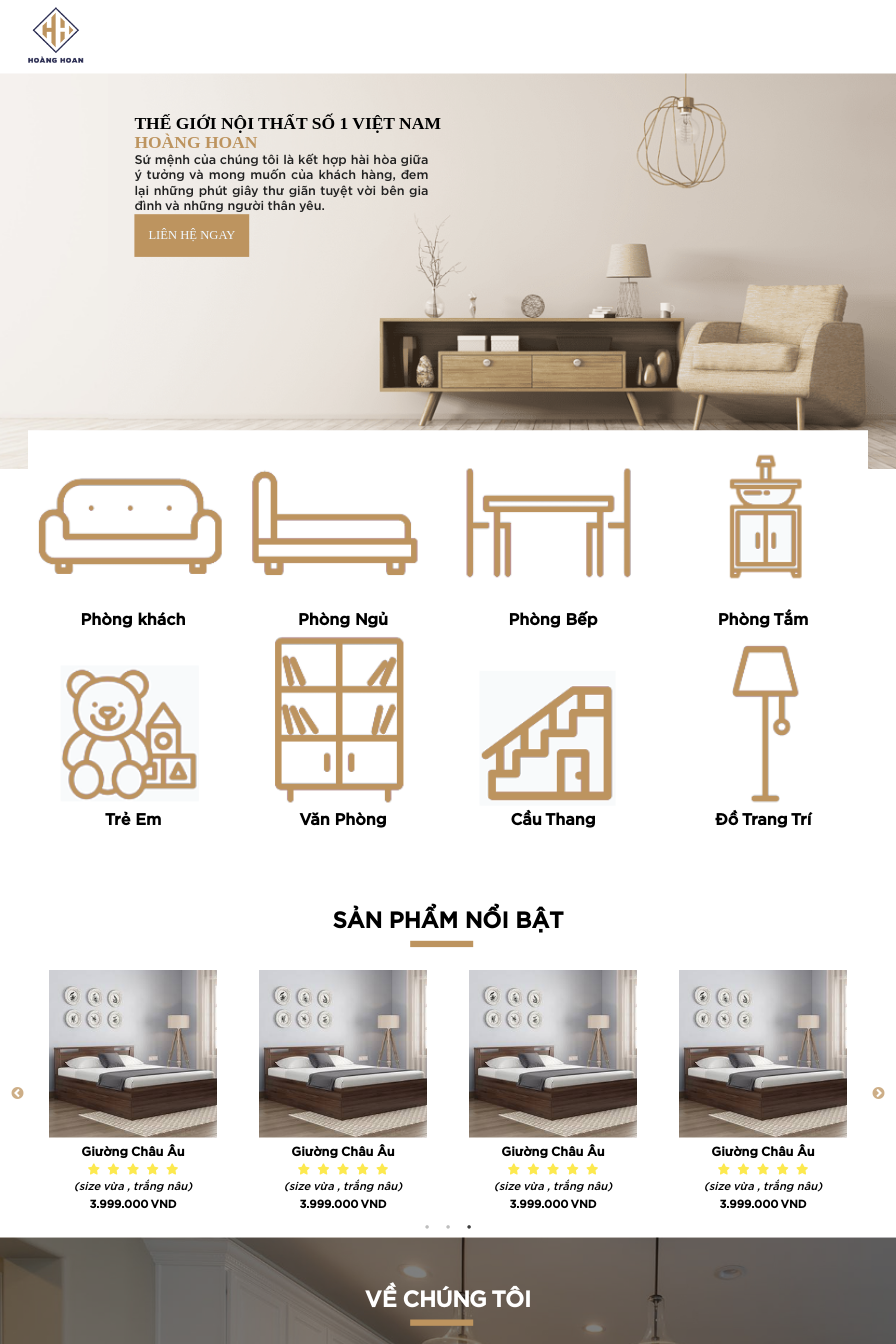
Repository: LDDUNG2003/prj_2
Page: /
The author's editor kept a copy of each file at every save. The page is drawn from the files as they stood at one save, then again after a run of saves.
The browser window is 1280 px wide. The pictures show the part of the page from y = 0 to 1920 px (the page is 3949 px tall), at 70% of full size.
The project was rebuilt for these pictures with package versions that can differ from the ones it lists, and the page was loaded fresh each time. Also part of the build but not shown: src/pages/news/index.js, src/styles/css/contact.css, src/pages/contact/index.js, src/pages/notfoud/index.js.

Above is the page before, as saved 2023-09-22 09:30:28.

### public/index.html
<!doctype html>
<html lang="en">
  <head>
    <meta charset="utf-8">
    <meta name="viewport" content="width=device-width, initial-scale=1">
    <link rel="shortcut icon" href="./img/logo.png">
    <link rel="preconnect" href="https://fonts.googleapis.com">
    <link rel="preconnect" href="https://fonts.gstatic.com" crossorigin>
    <link href="https://fonts.googleapis.com/css2?family=Roboto:ital,wght@0,100;0,300;0,400;0,500;1,100;1,400;1,500;1,700;1,900&display=swap" rel="stylesheet">
    <title>Nội Thất Hoàng Hoan</title>
  </head>
  <body>
    <div id="root"></div>
  </body>
</html>

### src/index.js
import React from 'react';
import ReactDOM from 'react-dom';
import App from './App';
import './index.css';

const root = ReactDOM.createRoot(document.getElementById('root'));
root.render(
  <React.StrictMode>
    <App />
  </React.StrictMode>,
);

### src/App.js
import React, { Component, Fragment } from 'react';
import { BrowserRouter as Router , Routes, Route } from 'react-router-dom';
import defaultLayout from './layouts/defaultLayout';
import { publicRoute } from './routes';
import "slick-carousel/slick/slick.css";
import "slick-carousel/slick/slick-theme.css";
import './styles/css/responsive.css';

class App extends Component {
  render() {
    return (
      <Router>
        <div className="App">
        <Routes>
          {publicRoute.map((route ,index) => {
              const Page = route.component
              let Layout
              if(route.layout === 'notlayout'){
                Layout = Fragment
              }else{
                Layout = defaultLayout
              }
              return (<Route
                key={index}
                path={route.path}
                element={
                <Layout>
                    <Page/>
                  </Layout>
                }/>);
            })}
        </Routes>
        </div>
      </Router>
    );
  }
}

export default App;

### src/index.css
@font-face {
    font-family: "Gotham-Medium";
    src: url(./styles/front/Gotham-Medium.otf);
}

@font-face {
    font-family: "Gotham-Thin";
    src: url(./styles/front/Gotham-Thin.otf);
}

@font-face {
    font-family: "Gotham-Ultra";
    src: url(./styles/front/Gotham-Ultra.otf);
}

### src/layouts/defaultLayout/index.js
// import PropTypes from 'prop-types'
import Header from "../header";
import Footer from "../footer";
import "../../styles/css/base.css";

function defaultLayout({children}) {
    return(
        <>
        <Header />
        <div className="content">{children}</div>
        <Footer />
        </>
    );
}

// DefaultLayout.propTypes = {
//     children: PropTypes.node.isRequired
// };
export default defaultLayout

### src/routes/index.js
import Home from '~/pages/home'
import News from '~/pages/news'
import Contact from '~/pages/contact'
import page404 from '~/pages/notfoud'

const publicRoute = [
    {path: '/',component: Home},
    {path: '/news',component: News},
    {path: '/contact',component: Contact},
    {path: '/*',component: page404, layout: 'notlayout'}
]

export  {publicRoute}

### src/styles/css/responsive.css
@media (min-width:767px) {
    #mobileMenu {
        display: none;
    }
}

@media (max-width: 767px) {
    #root {
        margin: 0px 5px;
    }
    #mobileMenu {
        display: block;
        text-align: center;
    }
    .logo--block {
        width: 100%;
        display: flex;
        align-items: center;
        justify-content: space-between;
    }
    .navBar {
        display: block;
        height: auto;
    }
    .choose-item {
        width: 100%;
    }
    .menu-mobile {
        width: 40px;
        height: 40px;
        padding: 10px;
        border: 0px;
        background-color: var(--primary-color);
    }
    .news--item-container {
        font-size: 11px;
    }
    .content--title::before {
        display: none;
    }
    .new--item-heading {
        font-size: 14px;
    }
    .navBar__list {
        display: none;
        width: 100%;
    }
    .navBar__list-item {
        padding: 4px;
        border-bottom: 2px solid #ccc;
    }
    .about__us {
        background: none;
    }
    .about__us::before {
        background: none;
    }
    .content__focut {
        position: static;
    }
    .focut--item {
        width: 50%;
    }
    .content__banner {
        width: 100%;
    }
    .banner--content {
        display: none;
    }
    .slick-prev:before,
    .slick-next:before {
        display: none;
    }
    .about--background {
        display: none;
    }
    .about__us-bag {
        position: static;
    }
    .about--block {
        display: block;
    }
    .about--content {
        width: 100%;
        color: var(--text-color);
    }
    .about--content img {
        width: 100%;
    }
    .content--title {
        color: var(--text-color);
    }
    .news--contain {
        display: block;
    }
    .mobile-display {
        display: none;
    }
    .news--contain--item {
        width: 100%;
    }
    .news--list-item {
        width: 100%;
        overflow: hidden;
    }
    .news--list-item img {
        height: 100%;
    }
    .partner--list {
        flex-wrap: wrap;
    }
    .partner--item {
        width: 50%;
    }
    .content--contact {
        display: none;
    }
    .footer__lable {
        display: block;
    }
    .footer--list {
        width: 100%;
        padding: 10px 0px;
    }
    .footer--list-item {
        width: 100%;
        padding: 5px 0px;
    }
    /* news responsive */
    .news--content-list {
        margin: 0px 20px;
    }
    .news--content-item {
        width: 100%;
    }
    .featured--list {
        width: 100%;
        margin: 10px;
        flex-wrap: wrap;
    }
    .featured--item {
        width: 100%;
    }
}

### src/layouts/header/index.js
import ListMenu from "./itemsHeader";
import { FontAwesomeIcon } from "@fortawesome/react-fontawesome"
import { faBars} from "@fortawesome/free-solid-svg-icons";
function Header(){
    let Href = window.location.href
    console.log(Href)

    return (
        <div className="header">
            <div className="navBar">
                <div className="logo--block">
                <img src="./img/logo.png" alt="logo" className="logo" />
                <button onClick={clickMenu} className="menu-mobile" id="mobileMenu"><FontAwesomeIcon icon={faBars} color="#fff"/></button>
                </div>
                <ul className="navBar__list">
                    <ListMenu />
                </ul>
            </div>
        </div>
    )
}
function clickMenu(){
    if (document.getElementsByClassName("navBar__list")[0].style.display === "block") {
        document.getElementsByClassName("navBar__list")[0].style.display = null;
    } else {
        document.getElementsByClassName("navBar__list")[0].style.display = "block";
    }
}

    // document.getElementsByClassName("navBar__list-item").forEach(element => {
    //     element.addEventListener("click", clickLink);
    // });

function clickLink(){
    document.getElementsByClassName("navBar__list")[0].style.display = null;
}


export default Header

### src/styles/css/base.css
* {
    padding: 0px;
    margin: 0px;
    font-family: "Gotham-Medium";
    text-align: justify;
}

:root {
    --primary-color: #bd945f;
    --text-color: #222222;
}


/* font setting */

.App {
    width: 100%;
    overflow: hidden;
}

.main {
    width: 100%;
}

.header {
    padding: 10px 0px;
    margin: auto;
    width: 100%;
    max-width: 1200px;
}

.navBar {
    display: flex;
    width: 100%;
    justify-content: space-between;
}

.logo {
    height: 80px;
}

.navBar__list {
    display: flex;
    list-style: none;
    align-items: center;
}

.navBar__list-item {
    margin: 0 10px;
    position: relative;
}

.navBar__list--link {
    text-transform: uppercase;
    font-size: 16px;
    color: var(--text-color);
    text-decoration: none;
}

.navBar__list-item::before {
    content: '';
    background-color: var(--primary-color);
    display: block;
    height: 4px;
    margin-top: 7px;
    width: 0px;
    top: 75%;
    position: absolute;
    transition: 0.3s;
    z-index: 1;
}

.select--item::before {
    content: '';
    background-color: var(--primary-color);
    display: block;
    height: 4px;
    margin-top: 7px;
    width: 65px;
    top: 75%;
    position: absolute;
    z-index: 1;
}

.navBar__list-item:hover::before {
    width: 65px;
}

.featured--content {
    padding-top: 10px;
    text-align: center;
}

.featured-name {
    display: contents;
    font-size: 18px;
    text-transform: capitalize;
}

.evaluate--list {
    list-style: none;
    display: flex;
    justify-content: center;
}

.evaluate--list li {
    padding: 5px;
    margin: 0;
}

.note-product {}

.content--title {
    font-size: 32px;
    padding: 50px 0px;
    text-align: center;
    position: relative;
    text-transform: uppercase;
}

.content--title::before {
    content: '';
    background-color: var(--primary-color);
    width: 90px;
    height: 9px;
    position: absolute;
    top: 70%;
    right: 47%;
}

.content__featured {
    width: 100%;
    max-width: 1200px;
    margin: auto;
    padding-bottom: 30px;
}

.featured--list {
    width: 100%;
    list-style: none;
    display: flex;
    text-align: center;
}

.featured--item {}

.featured--img {
    width: 80%;
    margin: auto;
}

.price-product {
    text-align: center;
    padding: 7px 0px;
    font-weight: 800;
    font-size: 16px;
}

.slick-prev:before,
.slick-next:before {
    color: var(--primary-color) !important;
    width: 15px;
    display: inline-block;
}

.footer {
    padding: 20px 0px;
    background-color: black;
}

.footer__lable {
    max-width: 1200px;
    margin: auto;
    display: flex;
    width: 100%;
    justify-content: space-around;
    color: #fff;
    justify-content: space-between;
}

.footer--list {
    list-style: none;
    width: 32%;
}

.footer--list-item {
    font-size: 16px;
    padding-top: 8px;
    text-transform: capitalize;
    font-family: initial;
}

.footer--list-heading {
    font-size: 18px;
    font-weight: 300;
    text-transform: uppercase;
    position: relative;
    padding-bottom: 0px;
    font-family: 'Gotham-Medium';
}

.footer--list-heading::after {
    content: '';
    background-color: var(--primary-color);
    width: 110px;
    padding-top: 6px;
    position: absolute;
    left: 0px;
    bottom: -8px;
}

.footer--inheri {
    text-transform: uppercase;
    font-weight: 600;
    font-size: 18px;
}

.footer--list-contact {
    display: flex;
    list-style: none;
}

.fooder--list-contact-item {
    width: 16px;
    padding: 5px;
}

### src/layouts/header/itemsHeader/index.js
import { Link } from "react-router-dom"

function ListMenu() {
    var menu =[]
    var menuItem = ["Home", "About", "Contact", "News" , "Products"]
    for (var i = 0; i < menuItem.length; i++) {
        menu.push(
            <li className="navBar__list--item" key={i}>
                <Link to={menuItem[i]}>{menuItem[i]}</Link>
            </li>
        )
        console.log(menuItem[i])
    }
    return (
        <>
        {menubar.children}
        </>
    );
}

export default ListMenu;

### src/pages/home/setProductSlick/index.js
import React, { Component } from "react";
import Slider from "react-slick";
import "~/styles/css/home.css"
import Star from "~/font-awesome"

export default class SimpleSlider extends Component {

  render() {
    const settings = {
      dots: true,
      infinite: true,
      speed: 300,
      slidesToShow: 4,
      slidesToScroll: 4,
      rtl: true,
      responsive: [
        {
          breakpoint: 1024,
          settings: {
            slidesToShow: 3,
            slidesToScroll: 3,
            infinite: true,
            dots: true
          }
        },
        {
          breakpoint: 600,
          settings: {
            slidesToShow: 2,
            slidesToScroll: 2
          }
        },
        {
          breakpoint: 480,
          settings: {
            slidesToShow: 1,
            slidesToScroll: 1
          }
        }
      ]
    };
    var slides = []
    for (var i = 0; i < 10; i++) {
      slides.push(
        <li className="featured--item">
          <img src="./img/featured/giuong-ngu.png" alt className="featured--img" />
          <div className="featured--content">
            <h5 className="featured-name">Giường Châu Âu</h5>
            <ul className="evaluate--list">
              <li><Star/></li>
              <li><Star/></li>
              <li><Star/></li>
              <li><Star/></li>
              <li><Star/></li>
            </ul>
            <i className="note-product">(size vừa , trắng nâu)</i>
            <p className="price-product">3.999.000 VND</p>
          </div>
        </li>
      )
    }
    return (
      <div>
        <Slider {...settings}>
          {slides}
        </Slider>
      </div>
    );
  }
}

### src/styles/css/news.css
.news--contet {
    width: 100%;
    max-width: 1200px;
    margin: auto;
    padding-bottom: 50px;
}

.news--content-list {
    display: flex;
    flex-wrap: wrap;
    list-style: none;
    align-items: center;
}

.news--content-item {
    width: 33%;
    padding: 20px;
    box-sizing: border-box;
}

.news--item-img {
    width: 100%;
}

.news--item-contain {
    margin: auto;
    margin-left: 8px;
}

.news--contain-heading {
    font-size: 23px;
    color: var(--primary-color);
    text-transform: uppercase;
}

.news--contain-text {
    padding: 10px 0px 0px 0px;
    font-size: 16px;
}

### src/pages/notfoud/index.css
* {
    -webkit-box-sizing: border-box;
    box-sizing: border-box;
}

body {
    padding: 0;
    margin: 0;
}

#notfound {
    position: relative;
    height: 100vh;
}

#notfound .notfound {
    position: absolute;
    left: 50%;
    top: 50%;
    -webkit-transform: translate(-50%, -50%);
    -ms-transform: translate(-50%, -50%);
    transform: translate(-50%, -50%);
}

.notfound {
    max-width: 520px;
    width: 100%;
    line-height: 1.4;
    text-align: center;
}

.notfound .notfound-404 {
    position: relative;
    height: 200px;
    margin: 0px auto 20px;
    z-index: -1;
}

.notfound .notfound-404 h1 {
    font-family: 'Montserrat', sans-serif;
    font-size: 236px;
    font-weight: 200;
    margin: 0px;
    color: #211b19;
    text-transform: uppercase;
    position: absolute;
    left: 50%;
    top: 50%;
    -webkit-transform: translate(-50%, -50%);
    -ms-transform: translate(-50%, -50%);
    transform: translate(-50%, -50%);
}

.notfound .notfound-404 h2 {
    font-family: 'Montserrat', sans-serif;
    font-size: 28px;
    font-weight: 400;
    text-transform: uppercase;
    color: #211b19;
    background: #fff;
    padding: 10px 5px;
    margin: auto;
    display: inline-block;
    position: absolute;
    bottom: 0px;
    left: 0;
    right: 0;
}

.notfound a {
    font-family: 'Montserrat', sans-serif;
    display: inline-block;
    font-weight: 700;
    text-decoration: none;
    color: #fff;
    text-transform: uppercase;
    padding: 13px 23px;
    background: #ff6300;
    font-size: 18px;
    -webkit-transition: 0.2s all;
    transition: 0.2s all;
}

.notfound a:hover {
    color: #ff6300;
    background: #211b19;
}

@media only screen and (max-width: 767px) {
    .notfound .notfound-404 h1 {
        font-size: 148px;
    }
}

@media only screen and (max-width: 480px) {
    .notfound .notfound-404 {
        height: 148px;
        margin: 0px auto 10px;
    }
    .notfound .notfound-404 h1 {
        font-size: 86px;
    }
    .notfound .notfound-404 h2 {
        font-size: 16px;
    }
    .notfound a {
        padding: 7px 15px;
        font-size: 14px;
    }
}

### src/styles/css/home.css
.content {
    width: 100%;
    /* max-width: 1500px; */
    margin: auto;
}

.content__banner {
    width: 100%;
    position: relative;
}

.content--list-image {
    width: 100%;
    max-width: 1500px;
    margin: auto;
}

.content--image {
    width: 100%;
}

.banner--content {
    position: absolute;
    top: 10%;
    left: 15%;
}

.banner--content-text-title {
    text-transform: uppercase;
    font-family: 800;
    font-family: "gotham-utral";
    font-size: 25px;
}

.banner--content-text {
    font-size: 18px;
    color: var(--text-color);
    width: 420px;
}

.banner--button {
    padding: 20px;
    color: aliceblue;
    background-color: var(--primary-color);
    border: none;
    font-family: "gotham-utral";
    font-size: 18px;
    cursor: pointer;
}

.content__focut {
    position: relative;
    background-color: #ffffff;
    top: -60px;
    max-width: 1200px;
    width: 100%;
    margin: auto;
}

.focut--list {
    margin: auto;
    display: flex;
    width: 100%;
    list-style: none;
    flex-wrap: wrap;
}

.focut--item {
    width: 25%;
    text-align: center;
}

.focut--img {
    width: 100%;
}

.focut--text {
    text-align: center;
    font-size: 23px;
}

.content__featured {
    width: 100%;
    max-width: 1200px;
    margin: auto;
    padding-bottom: 30px;
}

.featured--list {
    width: 100%;
    list-style: none;
    display: flex;
    text-align: center;
}

.featured--item {
    width: 24%;
}

.featured--img {
    width: 80%;
    margin: auto;
}

.about__us {
    position: relative;
    width: 100%;
    max-width: 1500px;
    margin: auto;
    padding: 20px 0px;
    background-image: url("../img/bg-about-us.jpg");
    display: flex;
    justify-content: center;
}

.about__us::before {
    content: "";
    position: absolute;
    width: 100%;
    height: 100%;
    background-color: black;
    opacity: 0.5;
    z-index: 0;
    top: 0px;
    display: block;
}

.about__us-bag {
    top: 0px;
    width: 100%;
    max-width: 1200px;
    left: 10%;
    color: #ffffff;
    z-index: 1;
}

.about__content {
    width: 100%;
}

.about--block {
    display: flex;
    justify-content: space-between;
}

.about--content {
    width: 47%;
}

.about--content--title {
    font-size: 23px;
}

.about--text--list {
    font-size: 16px;
    padding: 10px 0px;
}

.about--text {
    padding: 10px 0px;
}

.about--list {
    list-style: none;
    display: flex;
}

.about--item {
    width: 20%;
    padding: 4px;
}

.about--img {
    width: 100%;
}

.choose__choose {
    width: 100%;
}

.choose--list {
    list-style: none;
    display: flex;
    flex-wrap: wrap;
    justify-content: space-between;
}

.choose--item {
    align-items: center;
    margin: 5px 0px;
    width: 48%;
    display: flex;
    background-color: #ffffff;
}

.choose--content-title {
    color: var(--primary-color);
    font-size: 23px;
    text-transform: uppercase;
    font-weight: 800;
}

.choose--text {
    font-weight: 700;
    font-size: 16px;
    padding: 5px 0px;
    color: var(--text-color);
}

.news {
    margin: auto;
    width: 100%;
    max-width: 1500px;
}

.content--title {}

.news--contain {
    margin: auto;
    display: flex;
    width: 100%;
    justify-content: space-between;
}

.news--contain--item {
    width: 48%;
    position: relative;
}

.impotant--grd {
    height: 460px;
    width: 100%;
}

.news-contain-impotant {
    margin-right: 10px;
    position: absolute;
    bottom: 0;
    height: 30%;
    background-color: var(--primary-color);
    padding: 20px 10px;
    width: 100%;
}

.news--impotant-heading {
    font-size: 23px;
    text-transform: uppercase;
    color: #ffffff;
}

.news--impotant-text {
    font-size: 16px;
}

.news--list {
    list-style: none;
}

.news--list-item {
    margin: 5px 0;
    display: flex;
    height: 105px;
}

.new--item-heading {
    font-size: 21px;
    text-transform: capitalize;
}

.news--item-container {
    font-size: 16px;
    margin: 5px;
    font-weight: 100;
    text-align: justify;
}

.news--impotant-text {
    margin: 0px;
}

.partner--contain {}

.partner--list {
    display: flex;
    list-style: none;
    flex-wrap: wrap;
    width: 100%;
    /* setup max width  */
    max-width: 1200px;
    margin: auto;
}

.partner--item {
    /* setup width calc 100/7 */
    width: calc(100% / 7);
    /* width: calc(100%/7%); */
}

.content--contact {
    width: 100%;
    margin: auto;
    max-width: 1600px;
    position: relative;
    box-sizing: border-box;
}

.contact--contain {
    height: 100%;
}

.contact-bg {
    width: 100%;
    height: 100%;
}

.contact-contain {}

.contact-image {
    position: absolute;
    display: none;
}

### src/font-awesome/index.js
import { FontAwesomeIcon } from "@fortawesome/react-fontawesome";
import { faStar} from "@fortawesome/free-solid-svg-icons";
function Star() {
    return (
        <FontAwesomeIcon icon={faStar} style={{color: "#fce94f",}} />
     );
}


export default Star;

Loaded but not shown: src/pages/home/index.js (219 lines, source omitted); src/layouts/footer/index.js (47 lines, source omitted)

After the next 5 saves:
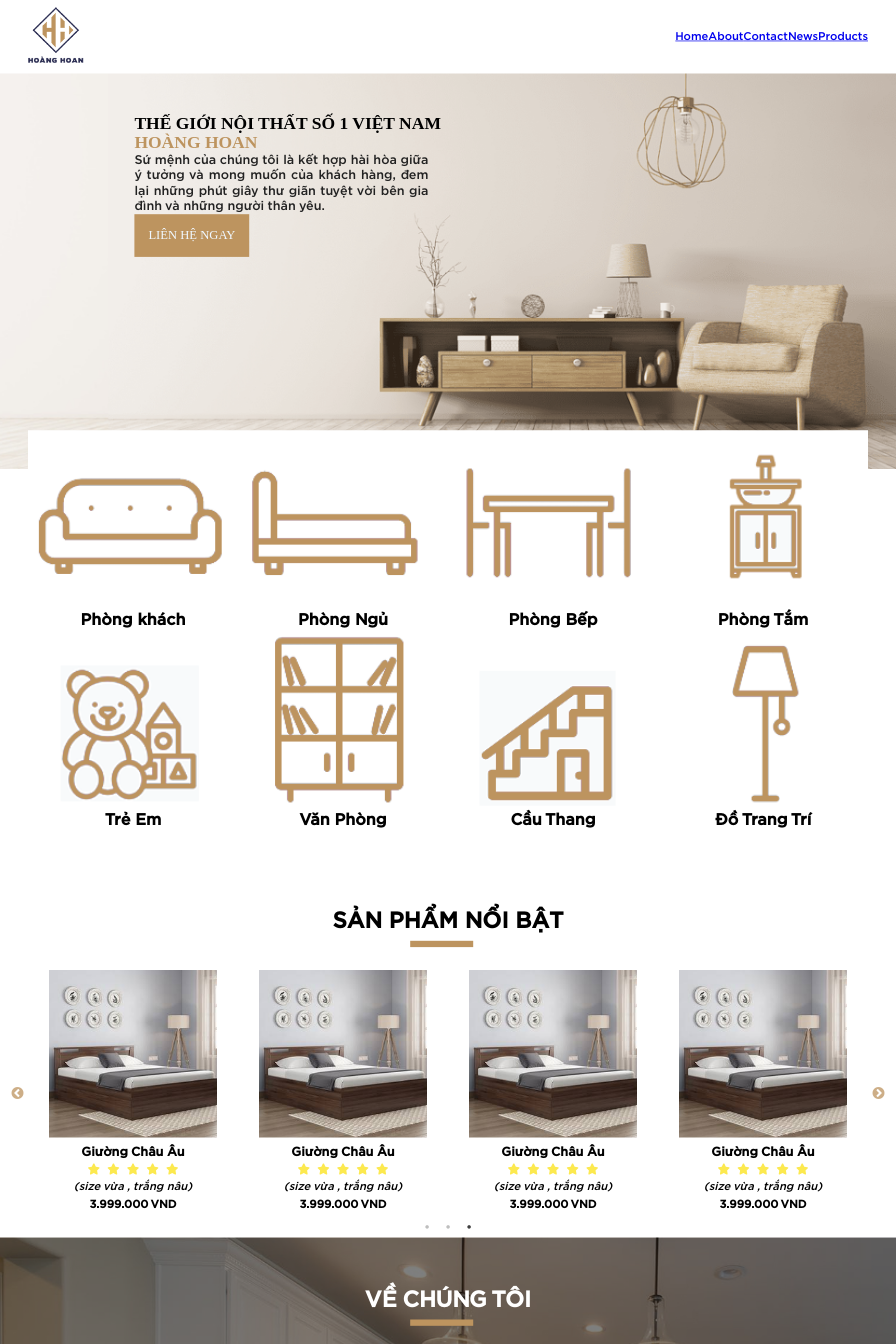
The 5 saves are shown as one change because 4 did not build or start.
The last was saved 46 s later.
--- a/src/layouts/header/itemsHeader/index.js
+++ b/src/layouts/header/itemsHeader/index.js
@@ -1,10 +1,10 @@
 import { Link } from "react-router-dom"
 
 function ListMenu() {
-    var menu =[]
     var menuItem = ["Home", "About", "Contact", "News" , "Products"]
+    var menubar =[]
     for (var i = 0; i < menuItem.length; i++) {
-        menu.push(
+        menubar.push(
             <li className="navBar__list--item" key={i}>
                 <Link to={menuItem[i]}>{menuItem[i]}</Link>
             </li>
@@ -13,7 +13,7 @@ function ListMenu() {
     }
     return (
         <>
-        {menubar.children}
+        {menubar}
         </>
     );
 }
